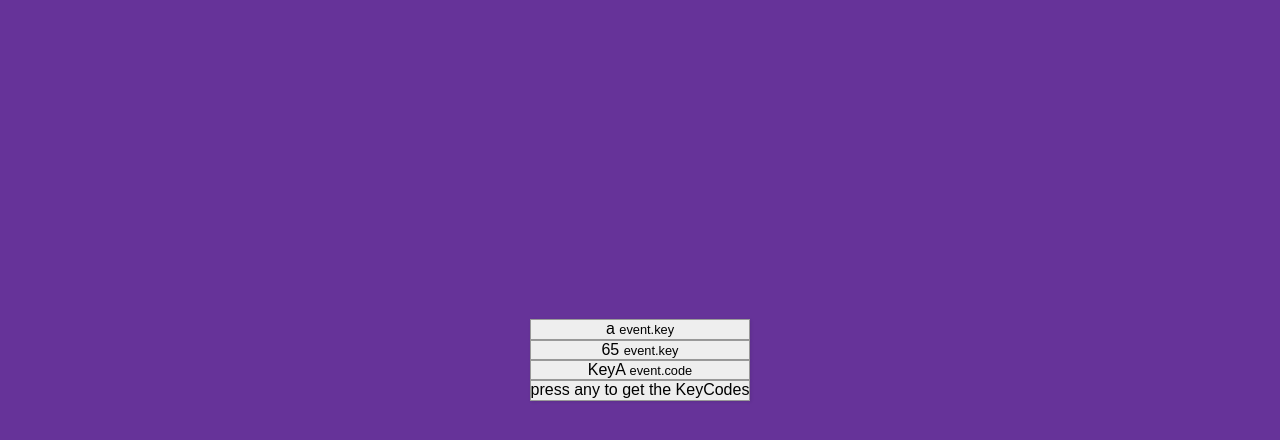
Repository: ElideZavala/Generator-Key
Page: index.html
An editor plug-in stored every save of this project. The page is shown before and after the next save, followed by the edit.
The browser window is 1280 px wide. The pictures show the whole page.
Some web fonts or font styles are not loaded; a fallback is used.

Above is the page before, as saved 2021-06-07 15:05:37.

After the next save:
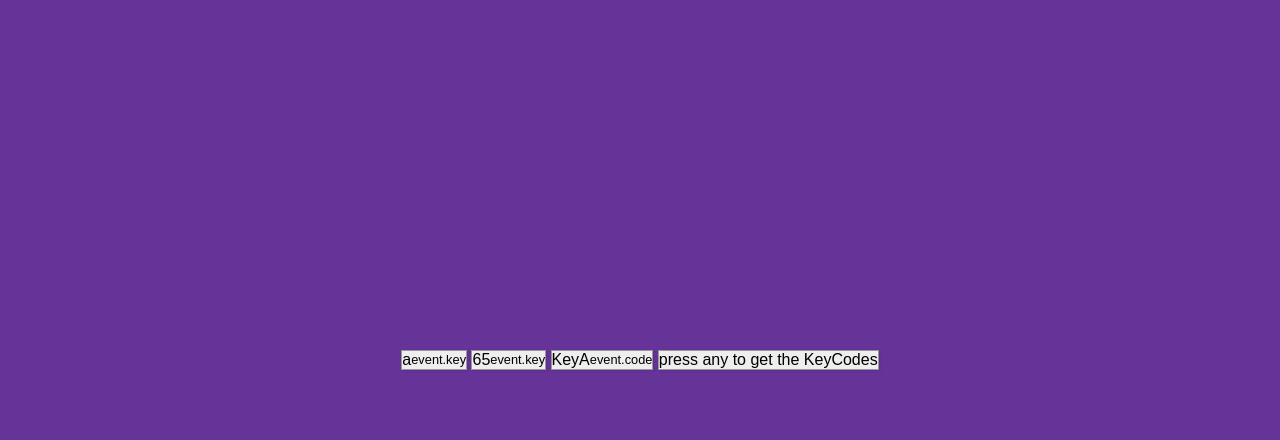
Saved 3 min 33 s later.
--- a/style.css
+++ b/style.css
@@ -22,4 +22,6 @@ body {
 	background-color: #eee;
 	box-shadow: 1px 1px 3px rgba( 0, 0, 0, 0.1);
 	color: #000;
+	display: inline-flex;
+	align-items: center;
 }
